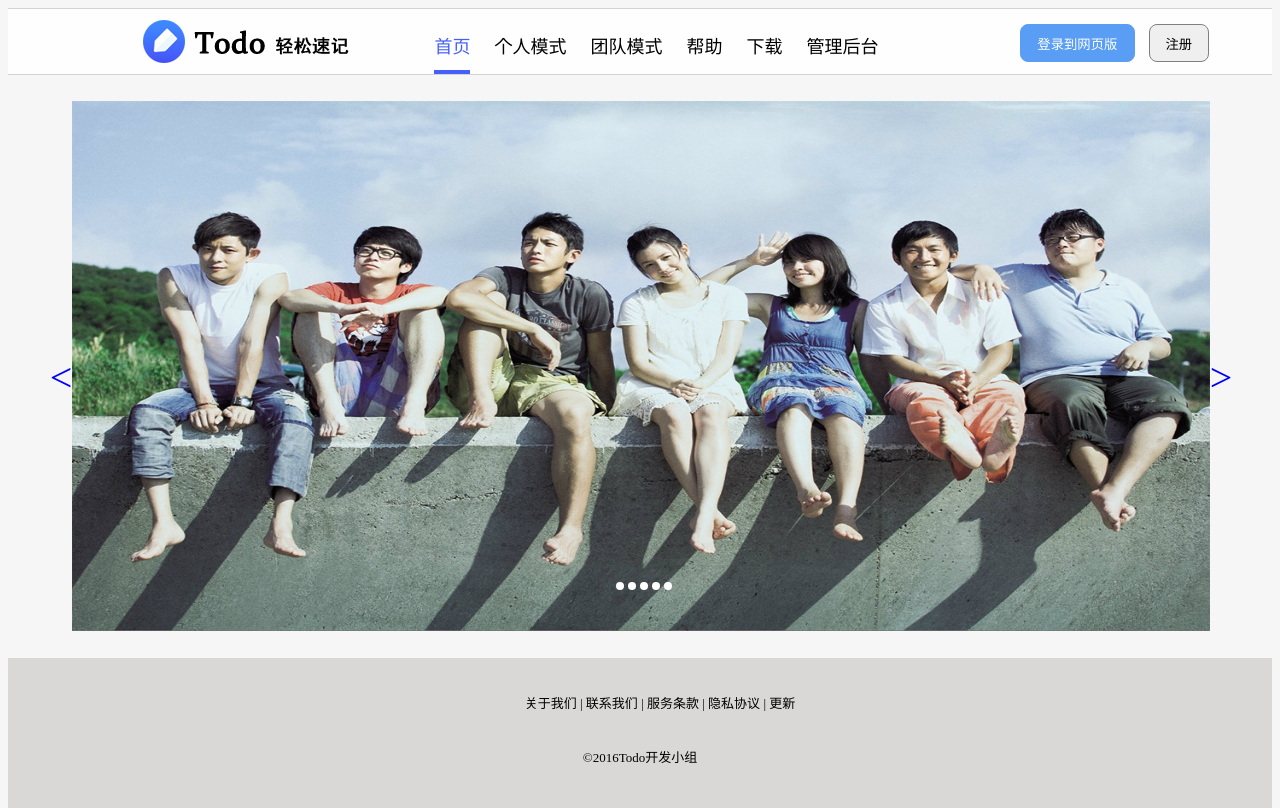
Repository: lengchang/Todo
Page: http://localhost/Todoweb/index.jsp
The author's editor kept a copy of each file at every save. The page is drawn from the files as they stood at one save, then again after the next save.
The browser window is 1280 px wide. The pictures show the whole page.
The page is served by Tomcat 9. Other server files are loaded and not shown. The template is opened directly, without the code that normally fills it, so the values that code supplies are empty.

Above is the page before, as saved 2016-12-13 15:55:12.

### Todoweb/WebContent/index.jsp
<%@ page language="java" contentType="text/html; charset=UTF-8"
	pageEncoding="UTF-8"%>
<%@ taglib prefix="s" uri="/struts-tags"%>
<HTML !DOCTYPE>
<head>
<meta charset="utf-8">
<title>Todo|多彩生活，简单记录...</title>
<link rel="stylesheet" type="text/css" href="./css/index.css" />
<script src="./js/jquery-3.1.1.js"></script>
</head>
<body>
	<header>
		<s:include value="./Master/nav.jsp" />
	</header>
	<article>
		<div id="img_show_container">
			<div id="show_img">
				<img src="./img/test1.png" id="first_img" class="img"> <img
					src="./img/test2.png" id="second_img" class="img"> <img
					src="./img/test3.png" id="third_img" class="img"> <img
					src="./img/test4.png" id="forth_img" class="img"> <img
					src="./img/test5.png" id="fifth_img" class="img">
			</div>
		</div>
		<div id="radio_button">
			<div id="first_circle"></div>
			<div id="second_circle"></div>
			<div id="third_circle"></div>
			<div id="forth_circle"></div>
			<div id="fifth_circle"></div>
		</div>
		<div id="back_head">
			<span id="back">&lt</span>
			<sapn id="head">&gt</span>
		</div>
	</article>
	<footer>
		<s:include value="./Master/footer.jsp" />
	</footer>
	<script src="./js/index.js"></script>
</body>
</HTML>

### Todoweb/WebContent/Master/nav.jsp
<%@ page pageEncoding="UTF-8"%>
<%@ taglib prefix="s" uri="/struts-tags"%>
<div id="top_logo">
	<a href="/Todoweb/index.jsp"> <img src="./img/logo.png">
	</a>
</div>
<nav id="top_nav">
	<ul>
		<a href="/Todoweb/index.jsp" id="index_firstpage"><li id="ul_index">首页</li></a>
		<a href="self_mode_use.html" id="self_mode"><li>个人模式</li></a>
		<a href="team_mode_use.html" id="team_mode"><li>团队模式</li></a>
		<a href="help.html" id="help"><li>帮助</li></a>
		<a href="download.html" id="download"><li>下载</li></a>
		<a href="/Todoweb/WEB-INF/root/admin.jsp"><li>管理后台</li></a>
	</ul>
</nav>
<div id="top_button">
	<s:if test="#session['username']!=null">
		<a href="/Todoweb/acessUserinfo.action">${session.username}</a>
		<a href="/Todoweb/logout.action">logout</a>
	</s:if>
	<s:if test="#session['username']==null">
		<a href="/Todoweb/login.jsp"><button id="button_login">登录到网页版</button></a>
		<a href="/Todoweb/register.jsp"><button id="button_regist">注册</button></a>
	</s:if>
</div>

### Todoweb/WebContent/Master/footer.jsp
<%@ page pageEncoding="UTF-8"%>
<div class="about" id="about_us">
	<ul>
		<a href="about_us.html"><li class="no_last">关于我们</li></a>
		<a href="email.html"><li class="no_last">联系我们</li></a>
		<a href="serve.html"><li class="no_last">服务条款</li></a>
		<a href="serect.html"><li class="no_last">隐私协议</li></a>
		<a href="update.html"><li class="no_">更新</li></a>
	</ul>
</div>
<div class="about" id="about_team">©2016Todo开发小组</div>

### Todoweb/WebContent/css/index.css
body{
    background: #F6F6F6;
}
header{
    width:100%;
    height:65px;
    border-top: solid lightgray 1px;
    border-bottom: solid lightgray  1px;
    background: #FEFEFE;
}
article{
    width: 100%;;
    float: left;
    margin: 1px;
    position: relative;
}

footer{
    width: 100%;
    height: 150px;
    background: #D9D8D7;
    float:left;
    margin-top:2%;
}

#top_logo{
    margin-left: 10%;
    float: left;
    margin-top:10px;
}

nav ul a:hover{
    color: #4560FA;
}

#top_nav{
    height:45px;
    float: left;
}

#top_button{
	height:45px;
	float:right;
	margin-right: 5%;
    margin-top:15px;
}

#top_button button{
    height: 38px;
    border-radius: 8px;
    cursor: pointer;
}

#about_us ul li{
	display: inline-block;
    list-style: none;
}

nav ul li{
    margin-left: 20px;
    margin-top:7px;
    font-size: 18px;
    display: inline-block;
    list-style: none;
    height:38px;
}

nav ul li:hover{
    border-bottom: solid #4560FA 4px;
}

a{
    text-decoration-line: none;
    color: #000000;
}

a::visited{
    color: #4560FA;
}

#button_login {
    width:115px;
    background: #599EF4;
    border:solid #599EF4 1px;
    color: white;
}

#button_login:hover{
    background: rgba(68,87,247,0.8);
    border:solid blue 1px;
    color: white;
}

#button_regist{
    width:60px;
    margin-left: 10px;
    border:solid gray 1px;
    color: #000000;
}
#button_regist:hover{
    background: rgba(254,254,254,0.7);
    border:solid gray 1px;
    color: #000000;
}
.about{
    text-align: center;
    margin-top:35px;
    font-size:13px;
}
#about_us ul li.no_last::after{
    content: " | ";
}

#index_firstpage{
    color: #4560FA;
}

#ul_index{
    border-bottom: solid #4560FA 4px;
}

.about ul a:hover{
    color: blue;
}

#radio_button{
    width: 300px;
    float: left;
    position: absolute;
    top:90%;
    left: 48%;
    z-index: 3;
}

#radio_button div{
    display: inline-block;
    background: white;
    width:8px;
    height:8px;
    border-radius: 8px;
}
#radio_button div:hover{
    background: #4560FA;
}

#img_show_container{
    width: 90%;
    height:530px;
    overflow: hidden;
    position:relative;
    left:5%;
    margin-top:2%;
}

#show_img{
    position: relative;
    width: 100%;
    height: 530px;
}

#show_img [id$=img]{
    position: absolute;
    top:0px;
    width: 100%;
    height: 530px;
}

#first_img{
    left: 0%;
}
#second_img{
     left: 110%;
}
#third_img{
    left: 220%;
}
#forth_img{
    left: 330%;
}
#fifth_img{
    left: 440%;

}
#back_head{
    position: absolute;
    font-size: 40px;
    color: blue;
    top: 50%;
    width:100%;
}
#head{
    position: absolute;
    left: 95%;
}
#back{
	position: absolute;
	right:95%;
}
#back,#head,#radio_button div{
    cursor: pointer;
}
#back:hover,#head:hover{
    opacity: 0.8;
}

### Todoweb/WebContent/js/index.js
$(document).ready(function () {
  var currentIndex = 0
  var imgLength = $('.img').length
  // 自动轮播效果的实现
  // 定义计时器
  var autoChange = setInterval(function () {
    currentIndex = currentIndex < imgLength - 1 ? currentIndex + 1 : 0
    changeTo(currentIndex)
  }, 6000)
  // 选中圆点效果实现
  $('#radio_button').find('div').each(function (item) {
    $(this).click(function () {
      clearInterval(autoChange)
      changeTo(item)
      currentIndex = item
      autoChangeAgain()

    })
  })
  // 重置计时器
  function autoChangeAgain () {
    autoChange = setInterval(function () {
      currentIndex = currentIndex < imgLength - 1 ? currentIndex + 1 : 0
      changeTo(currentIndex)
    }, 6000)
  }
  // 鼠标放到左箭头
  $('#back').hover(function () {
    clearInterval(autoChange)
  }, function () {
    autoChangeAgain()
  })
  // 鼠标放到右箭头
  $('#head').hover(function () {
    clearInterval(autoChange)
  }, function () {
    autoChangeAgain()
  })
  // 左箭头点击处理
  $('#back').click(function () {
    currentIndex = (currentIndex > 0) ? (--currentIndex) : (imgLength - 1)
    changeTo(currentIndex)
  })
  // 右箭头点击处理
  $('#head').click(function () {
    currentIndex = (currentIndex < imgLength - 1) ? (++currentIndex) : 0
    changeTo(currentIndex)
  })
})
function changeTo (num) {
  var gotoLeft = num * 1333
  $('#show_img').animate({ left: '-' + gotoLeft + 'px' }, 'fast')
}

Loaded but not shown: Todoweb/WebContent/js/jquery-3.1.1.js (library)

After the next save:
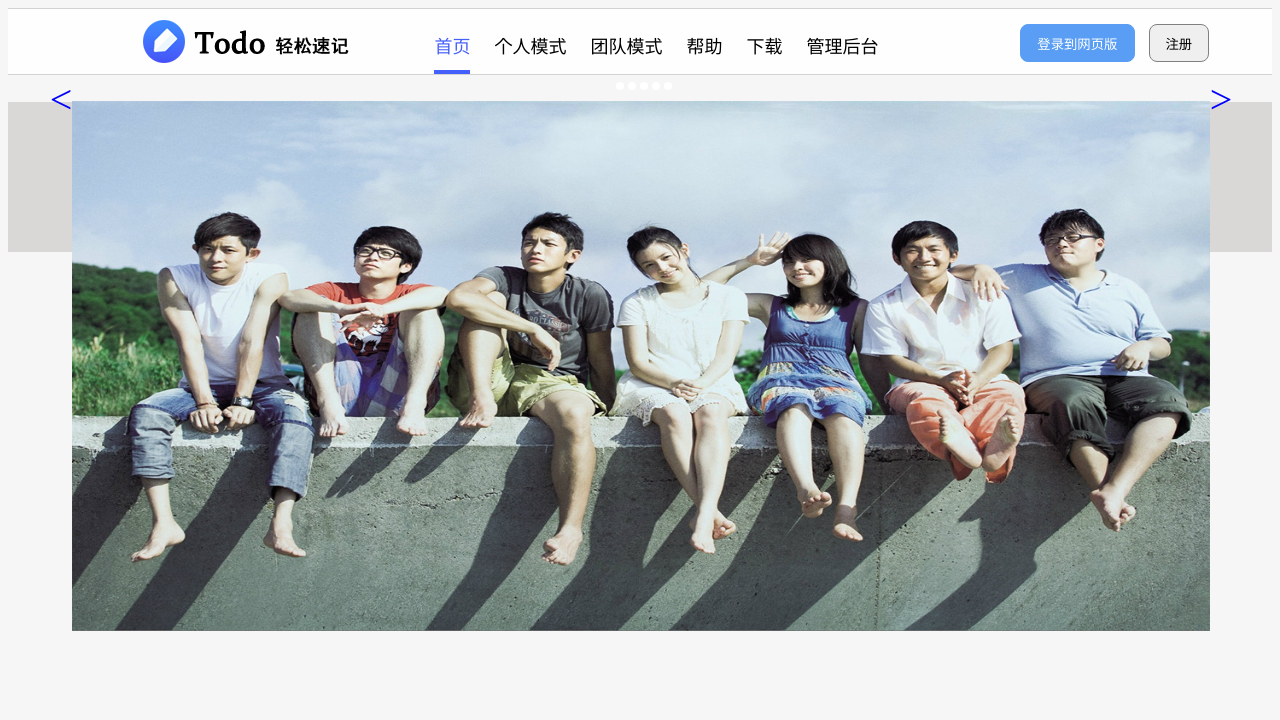
Saved 2 min 44 s later.
--- a/Todoweb/WebContent/css/index.css
+++ b/Todoweb/WebContent/css/index.css
@@ -147,13 +147,13 @@
     width: 90%;
     height:530px;
     overflow: hidden;
-    position:relative;
+    position:absolute;
     left:5%;
     margin-top:2%;
 }
 
 #show_img{
-    position: relative;
+    position:absolute;
     width: 100%;
     height: 530px;
 }

After the save that followed:
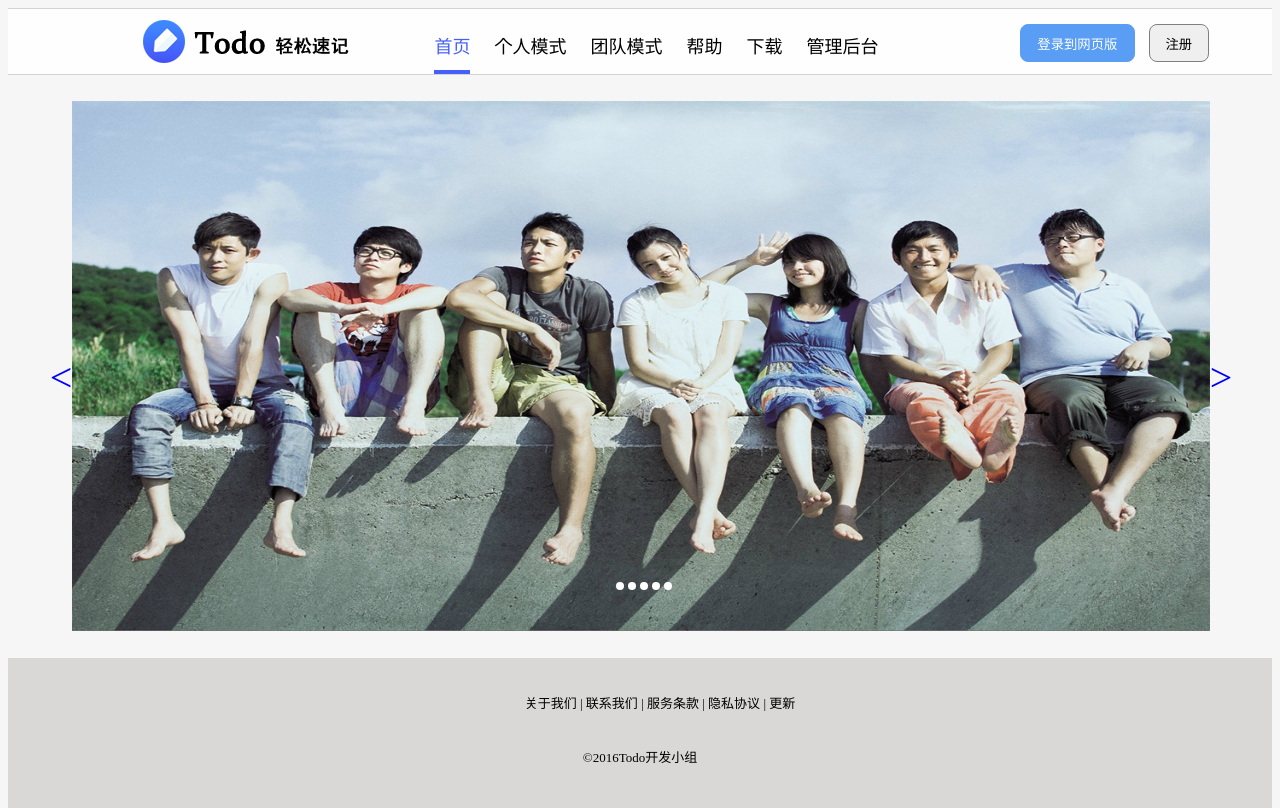
Saved 19 s later.
--- a/Todoweb/WebContent/css/index.css
+++ b/Todoweb/WebContent/css/index.css
@@ -147,13 +147,13 @@
     width: 90%;
     height:530px;
     overflow: hidden;
-    position:absolute;
+    position:relative;
     left:5%;
     margin-top:2%;
 }
 
 #show_img{
-    position:absolute;
+    position: relative;
     width: 100%;
     height: 530px;
 }
